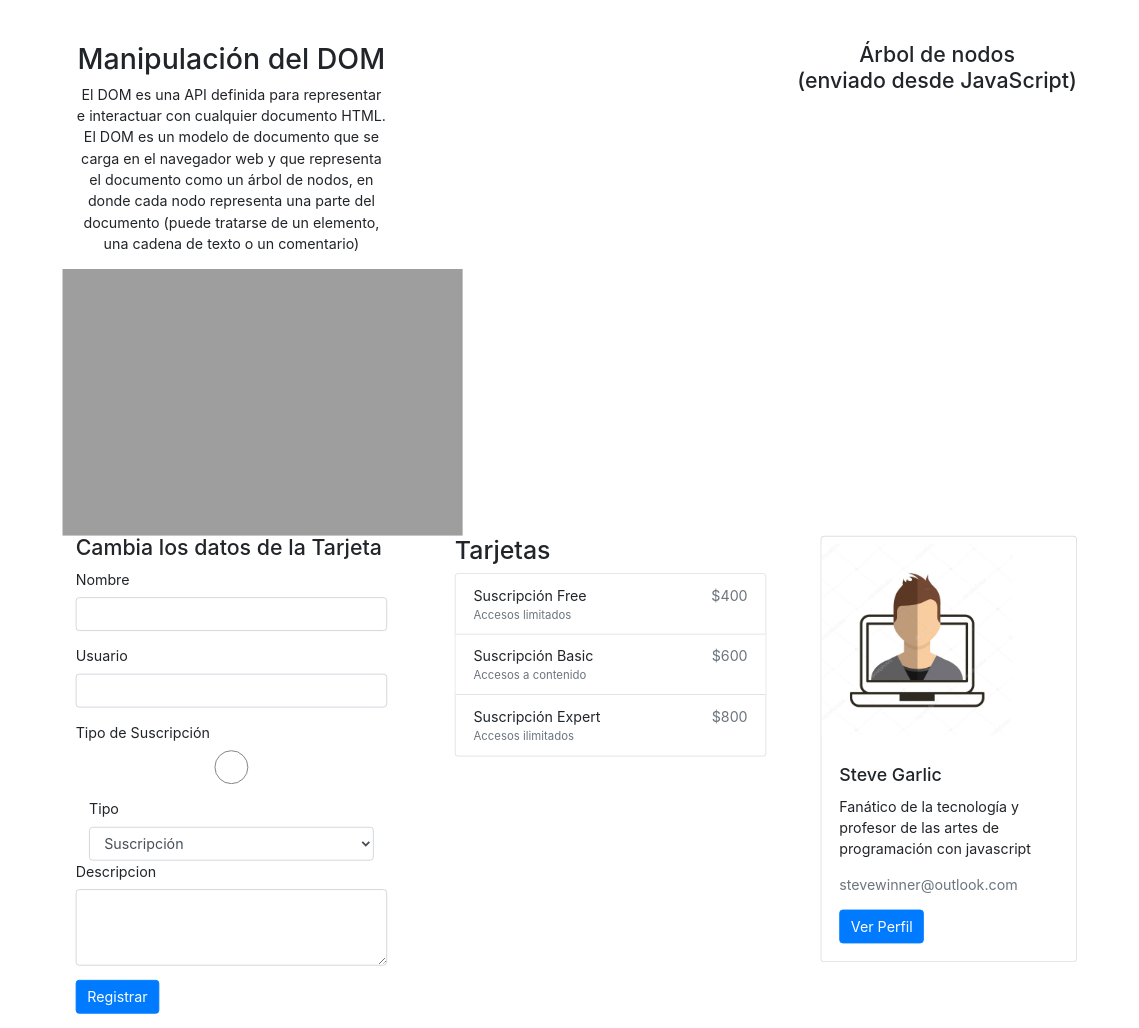
Repository: pedro-donoso/manipulacion-dom
Page: index.html
An editor plug-in stored every save of this project. The page is shown before and after a run of saves, followed by the edit.
The browser window is 1280 px wide. The pictures show the whole page, at 89% of full size.
Pictures or frames that could not be fetched are drawn as grey boxes.

Above is the page before, as saved 2024-02-06 14:21:15.

### index.html
<!doctype html>
<html lang="es">

<head>
    <!-- Required meta tags -->
    <meta charset="utf-8">
    <meta name="viewport" content="width=device-width, initial-scale=1, shrink-to-fit=no">

    <!-- Bootstrap CSS -->
    <link rel="stylesheet" href="https://cdn.jsdelivr.net/npm/bootstrap@4.3.1/dist/css/bootstrap.min.css"
        integrity="sha384-ggOyR0iXCbMQv3Xipma34MD+dH/1fQ784/j6cY/iJTQUOhcWr7x9JvoRxT2MZw1T" crossorigin="anonymous">

    <title>Manipulación del DOM</title>
</head>

<body>

    <main class="container">

        <!-- 1- AGREGO CLASE container PARA MANIPULAR ESTE PÁRRAFO -->
        <div class="row mt-5 text-center justify-content-between" id="contenedor">
            <div class="col-4 col-md-4">
                <h2>Manipulación del DOM</h2>
                <p class="text-center">
                    El DOM es una API definida para representar e interactuar con cualquier documento HTML.
                    El DOM es un modelo de documento que se carga en el navegador web y que representa el documento como un árbol de
                    nodos, en donde cada nodo representa una parte del documento (puede tratarse de un elemento, una
                    cadena de texto o un comentario)
                </p>
            </div>
        </div>
        <div class="row justify-content-between">
            <div class="col-4 col-md-4">
                <h4>Cambia los datos de la Tarjeta</h4>
                <!-- 15- AGREGO id PARA ESCUCHAR EVENTO CLICK -->
                <form id="formulario">
                    <!-- 21- AGREGO ID DE CADA CAMPO -->
                    <label>Nombre</label>
                    <input type="text" class="form-control mb-3" id="nombre">
                    <label>Usuario</label>
                    <input type="text" class="form-control mb-3" id="usuario">
                    <label>Tipo de Suscripción</label>
                    <input type="radio" class="form-control mb-3" id="email">


                    <div class="col">
                        <label>Tipo</label>
                        <select id="tipo" class="form-control">
                            <option value="Suscripcion">Suscripción</option>
                            <option value="Compra">Compra</option>
                        </select>
                    </div>


                    <label>Descripcion</label>
                    <textarea rows="3" class="form-control mb-3" id="descripcion"></textarea>
                    <div>
                        <button class="btn btn-primary mb-3">Registrar</button>
                    </div>
                </form>
            </div>
            <div class="col-4 col-md-4">
                <h3>Tarjetas</h3>
                <div class="card">
                    <ul class="list-group list-group-flush">
                        <li class="list-group-item d-flex justify-content-between">
                            <div class="d-flex flex-column">
                                <span>Suscripción Free</span>
                                <small class="text-muted">Accesos limitados</small>
                            </div>
                            <div>
                                <span class="text-muted">$400</span>
                            </div>
                        </li>
                        <li class="list-group-item d-flex justify-content-between">
                            <div class="d-flex flex-column">
                                <span>Suscripción Basic</span>
                                <small class="text-muted">Accesos a contenido</small>
                            </div>
                            <div>
                                <span class="text-muted">$600</span>
                            </div>
                        </li>
                        <li class="list-group-item d-flex justify-content-between">
                            <div class="d-flex flex-column">
                                <span>Suscripción Expert</span>
                                <small class="text-muted">Accesos ilimitados</small>
                            </div>
                            <div>
                                <span class="text-muted">$800</span>
                            </div>
                        </li>
                    </ul>
                </div>
            </div>

            <!-- 8- AGREGO CARD -->
        <!-- 13- AGREGO ID PARA CAPTURAR CONTENEDOR -->
        <div class="row" id="contenedor_tarjeta">

        </div>

        </div>

    </main>

    <!-- Optional JavaScript -->
    <!-- jQuery first, then Popper.js, then Bootstrap JS -->
    <script src="https://code.jquery.com/jquery-3.3.1.slim.min.js"
        integrity="sha384-q8i/X+965DzO0rT7abK41JStQIAqVgRVzpbzo5smXKp4YfRvH+8abtTE1Pi6jizo"
        crossorigin="anonymous"></script>
    <script src="https://cdn.jsdelivr.net/npm/popper.js@1.14.7/dist/umd/popper.min.js"
        integrity="sha384-UO2eT0CpHqdSJQ6hJty5KVphtPhzWj9WO1clHTMGa3JDZwrnQq4sF86dIHNDz0W1"
        crossorigin="anonymous"></script>
    <script src="https://cdn.jsdelivr.net/npm/bootstrap@4.3.1/dist/js/bootstrap.min.js"
        integrity="sha384-JjSmVgyd0p3pXB1rRibZUAYoIIy6OrQ6VrjIEaFf/nJGzIxFDsf4x0xIM+B07jRM"
        crossorigin="anonymous"></script>

    <script src="./app.js"></script>
</body>

</html>

### app.js
// 2- CREO VARIABLE PARA MANIPULAR HTML
let contenedor = document.querySelector("#contenedor");

// 3- CREAR ELEMENTO SUBTITULO Y LE AGREGO PROPIEDADES
let subtitulo = document.createElement("h4");
subtitulo.innerText = "Árbol de nodos \n (enviado desde JavaScript)";

// 4- OBTENER EL CUERPO DEL DOCUMENTO
let body = document.body;

// 5- AGREGAR EL NUEVO ELEMENTO AL CUERPO DEL DOCUMENTO
body.appendChild(subtitulo);

// 6- AGREGO IMAGEN
let imagen = document.createElement("img");
imagen.src =
  "https://www.freecodecamp.org/news/content/images/2021/09/Document.jpg";
imagen.width = "450";
imagen.height = "300";
imagen.alt = "árbol de nodos";

// 7- AGREGO ELEMENTOS AL CONTENEDOR
contenedor.append(subtitulo, imagen);

// 13- AGREGO CONSTRUCTOR
const autor = {
  nombre: "Steve Garlic",
  usuario: "",
  email: "stevewinner@outlook.com",
  descripcion:
    "Fanático de la tecnología y profesor de las artes de programación con javascript",
  imagen: "./img/icono.jpg"
};

// 19- Agrego const crearTarjeta y agrego todas las funciones del código
const crearTarjeta = () => {
  // 25- CREO DOCUMENTO VACIO
  document.querySelector("#contenedor_tarjeta").innerHTML = "";

  // 9- CREO ESTRUCTURA DEL CODIGO
  let columnaTarjeta = document.createElement("div");
  columnaTarjeta.className = "col";

  // 10- CREO TEMPLATE STRING DEL CONTENIDO DE LA TARJETA AUTOR
  // 14- AGREGO DATOS DEL CONSTRUCTOR (13)
  // 17- CREO EVENTO onclick
  // 19- LLAMAR A eventoClick CON event
  let tarjetaAutor = ` <div class="card" style="width: 18rem;">
        <img class="card-img-top pt-2 w-75" src="${autor.imagen}" alt="Card image cap">
        <div class="card-body">
        <h4 class="card-title">${autor.usuario}</h4>
            <h5 class="card-title">${autor.nombre}</h5>
            <p class="card-text">${autor.descripcion}</p>
            <p class="text-muted">${autor.email}</p>
            <button class="btn btn-primary" onclick="eventoClick(event)">Ver Perfil</button>
        </div>
    </div>`;

  // 11- AGREGO TEMPLATE STRING A columnaTarjeta (HIJO)
  columnaTarjeta.innerHTML = tarjetaAutor;

  // 12- AGREGO columnaTarjeta AL CONTENEDOR (PADRE) MEDIANTE LA SELECCIÓN DEL ID #contenedor_tarjeta
  document.querySelector("#contenedor_tarjeta").append(columnaTarjeta);
};

// 16- Creo constante modificarAutor para agregarla al form en index.html, la función recibirá un evento
  const modificarAutor= (event) => {
    console.log(event);
    event.preventDefault();

    // 22- CAPTURO CAMPOS DEL FORMULARIO
    let nombre = document.querySelector("#nombre").value;
    let usuario = document.querySelector("#usuario").value;
    let email = document.querySelector("#email").value;
     let descripcion = document.querySelector("#descripcion").value;

    // 23- LLAMO A LA CONSTANTE AUTOR
    autor.nombre = nombre;
    autor.usuario = usuario;
    autor.email = email;
    autor.descripcion = descripcion;

    // 24- SE VUELVE A CREAR LA TARJETA CON LOS NUEVOS DATOS
    crearTarjeta();
  };


// 18- CAPTURO EVENTO CLIC DEL BOTON EN EL form MEDIANTE EL ID formulario
document.getElementById("formulario").addEventListener("submit",modificarAutor);

// 20- LLAMO A LA FUNCIÓN
crearTarjeta();

After the next 2 saves:
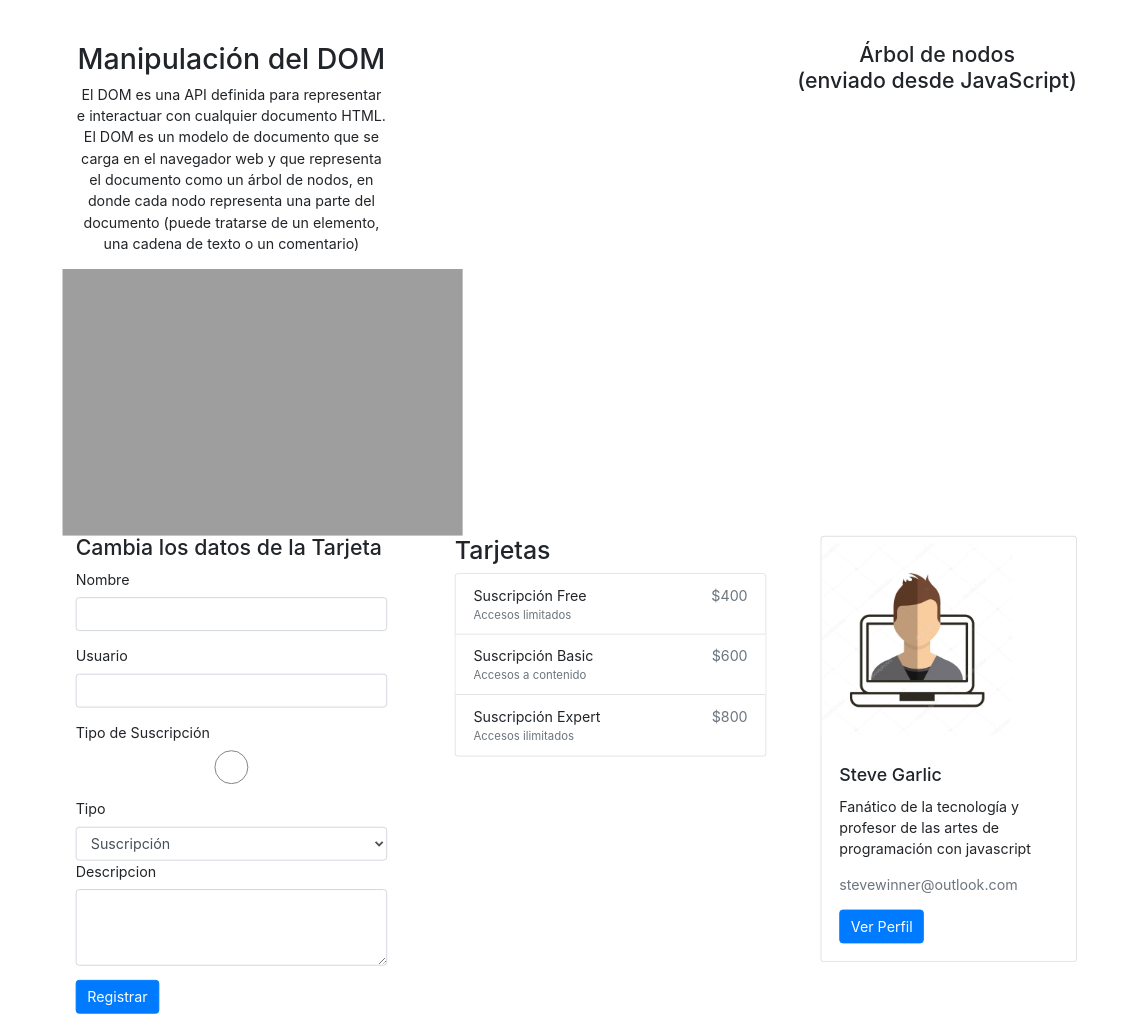
The 2 saves are shown as one change because they came seconds apart.
The last was saved 22 s later.
--- a/index.html
+++ b/index.html
@@ -43,13 +43,13 @@
                     <input type="radio" class="form-control mb-3" id="email">
 
 
-                    <div class="col">
+
                         <label>Tipo</label>
                         <select id="tipo" class="form-control">
                             <option value="Suscripcion">Suscripción</option>
                             <option value="Compra">Compra</option>
                         </select>
-                    </div>
+
 
 
                     <label>Descripcion</label>
